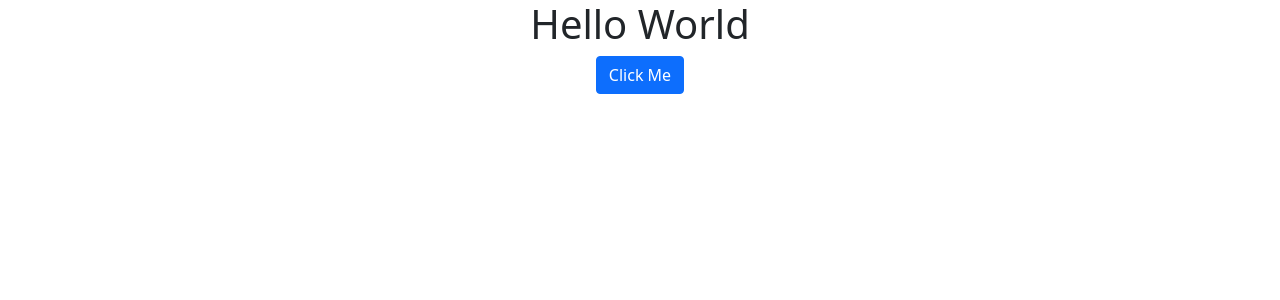
Repository: NitSharma87/Advance-Java
Page: http://localhost/Servlet_Excercise/
The author's editor kept a copy of each file at every save. The page is drawn from the files as they stood at one save, then again after the next save.
The browser window is 1280 px wide. The pictures show the whole page.
The page is served by Tomcat 10. Other server files are loaded and not shown.

Above is the page before, as saved 2026-07-07 10:56:14.

### Servlet Excercise/src/main/webapp/index.jsp
<%@ page language="java" contentType="text/html; charset=UTF-8"
	pageEncoding="UTF-8"%>
<!DOCTYPE html>
<html>
<head>
<meta charset="UTF-8">
<title>index Page</title>
<link
	href="https://cdn.jsdelivr.net/npm/bootstrap@5.0.2/dist/css/bootstrap.min.css"
	rel="stylesheet">
</head>
<body>
<div align="center">
<h1>Hello World</h1>
<a href="LoginCtl" class="btn btn-primary">Click Me</a>
</div>

	<script src="https://cdn.jsdelivr.net/npm/bootstrap@5.0.2/dist/js/bootstrap.min.js" ></script>
</body>
</html>

After the next save:
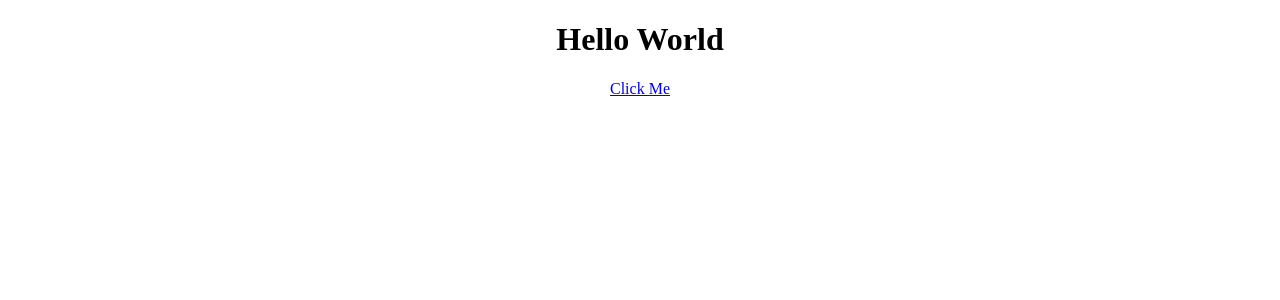
Saved 3 s later.
--- a/Servlet Excercise/src/main/webapp/index.jsp
+++ b/Servlet Excercise/src/main/webapp/index.jsp
@@ -5,9 +5,7 @@
 <head>
 <meta charset="UTF-8">
 <title>index Page</title>
-<link
-	href="https://cdn.jsdelivr.net/npm/bootstrap@5.0.2/dist/css/bootstrap.min.css"
-	rel="stylesheet">
+
 </head>
 <body>
 <div align="center">
@@ -15,6 +13,6 @@
 <a href="LoginCtl" class="btn btn-primary">Click Me</a>
 </div>
 
-	<script src="https://cdn.jsdelivr.net/npm/bootstrap@5.0.2/dist/js/bootstrap.min.js" ></script>
+
 </body>
 </html>
